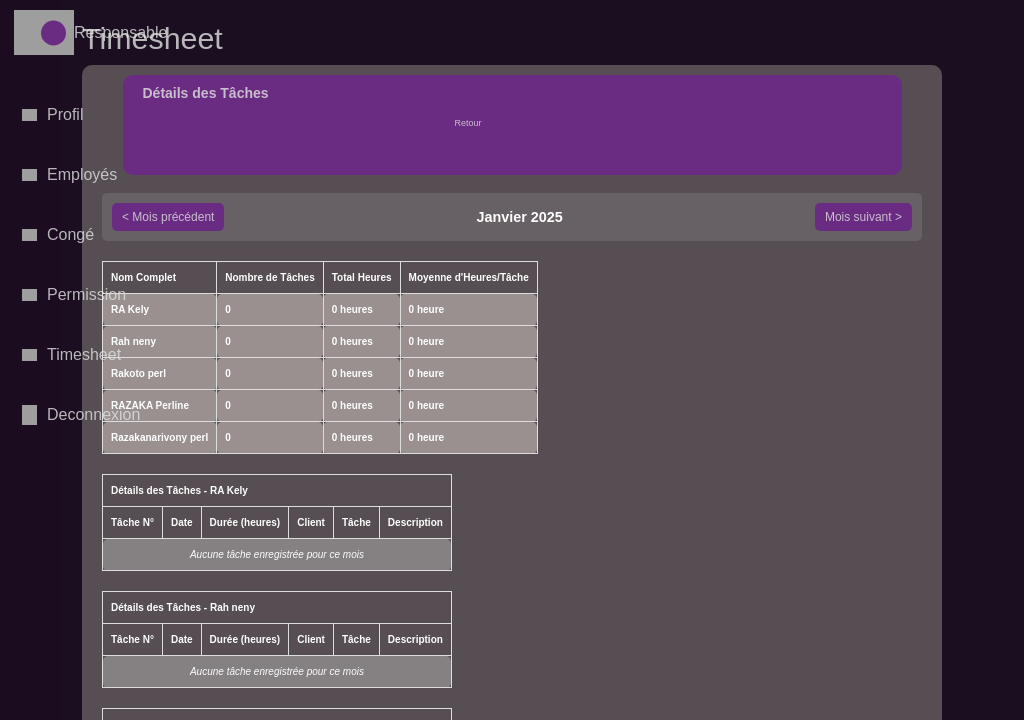
Repository: Fandresena19/Gestion-employe
Page: http://localhost/phpmailer/Assets/responsable/vue/detail_timesheet.php?mois=1&annee=2025
The author's editor kept a copy of each file at every save. The page is drawn from the files as they stood at one save, then again after the next save.
The browser window is 1024 px wide. The pictures show the whole page.
Pictures or frames that could not be fetched are drawn as grey boxes. An inner scrolling area shows only its first screen. Some web fonts or font styles are not loaded; a fallback is used. The page is run by PHP 8.4 with error messages shown; the project is at /var/www/html/. The database holds what the project's SQL file puts in it.

Above is the page before, as saved 2025-05-12 10:53:05.

After the next save:
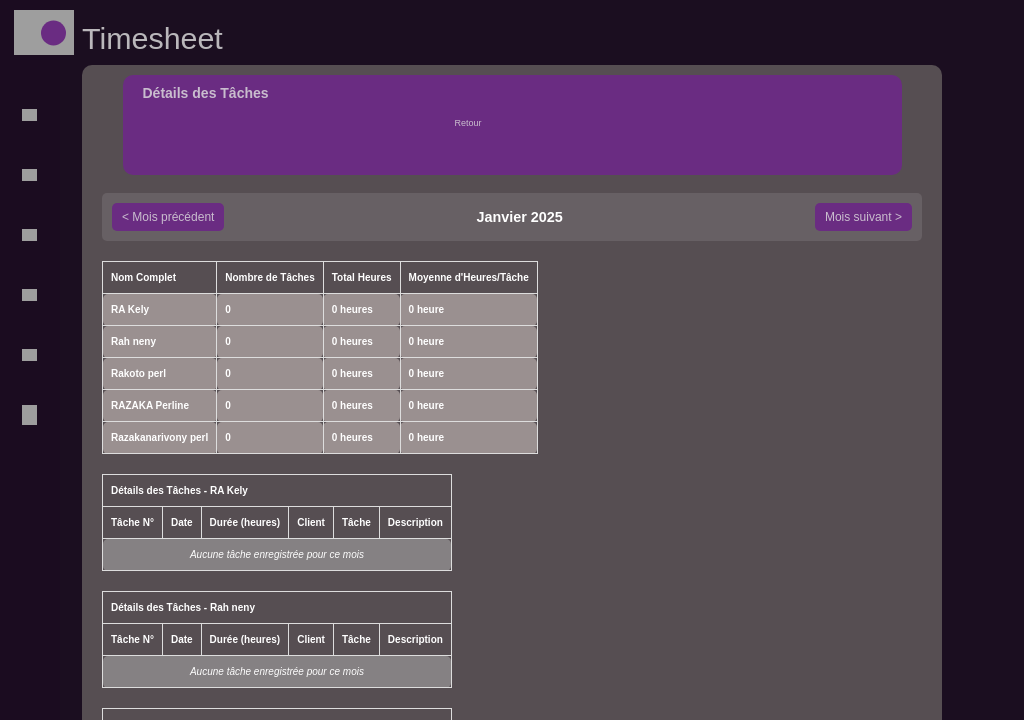
Saved 11 s later.
--- a/Assets/css/style_nav.css
+++ b/Assets/css/style_nav.css
@@ -181,8 +181,8 @@ header .image-text .header-text{
     }
 
     .sidebar .text,
-    .sidebar .menu ul a li .Stexte {
-        opacity: 100;
+    .sidebar .menu ul a li span {
+        opacity: 0;
     }
 
     .sidebar .nav-links li img {
